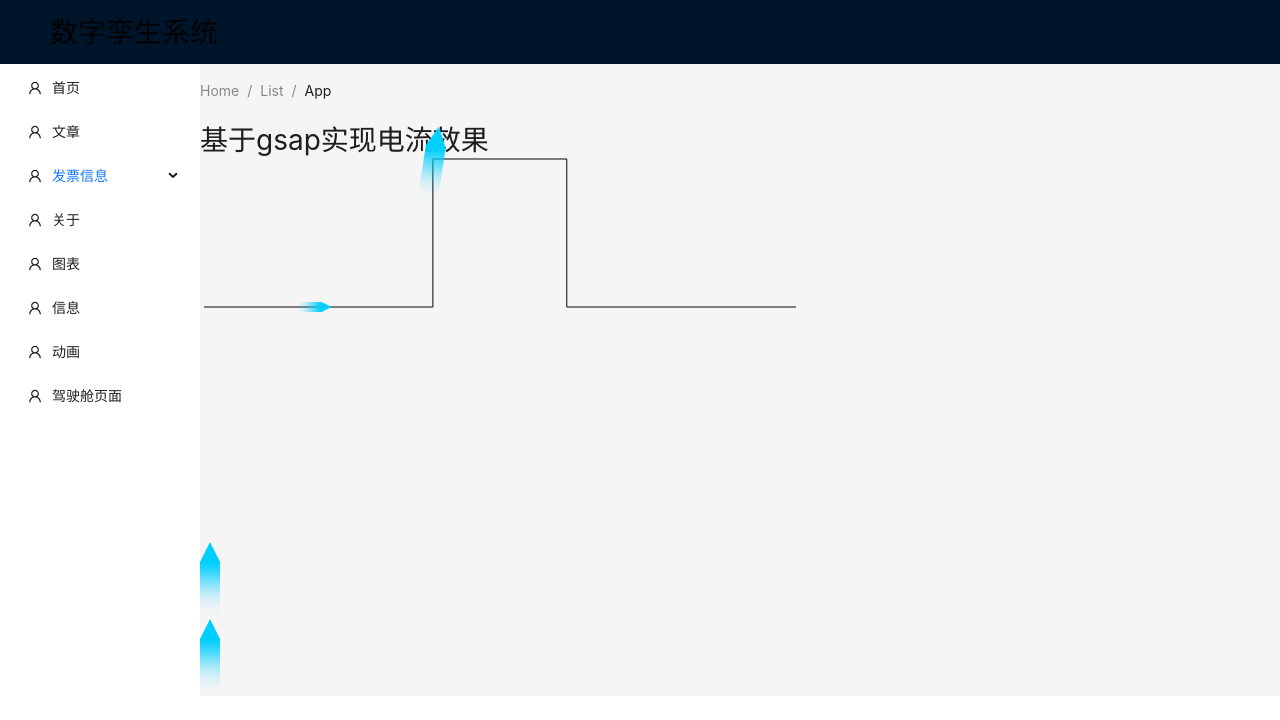
Repository: HailiePan/webpack-react-practice
Page: /animation
An editor plug-in stored every save of this project. The page is shown before and after the next save, followed by the edit.
The browser window is 1280 px wide. The pictures show the whole page.
The project was rebuilt for these pictures with package versions that can differ from the ones it lists, and the page was loaded fresh each time. Also part of the build but not shown: src/pages/Animation/component/ScrollAnimation/index.jsx, src/pages/Home.jsx, src/pages/Invoices/index.jsx, src/pages/Invoices/Invoice.jsx, src/pages/Invoices/Pending.jsx, src/pages/Invoices/Complete.jsx, src/components/CommonBox/index.less, src/components/CommonBox/index.jsx and 27 more.

Above is the page before, as saved 2024-01-24 17:08:40.

After the next save:
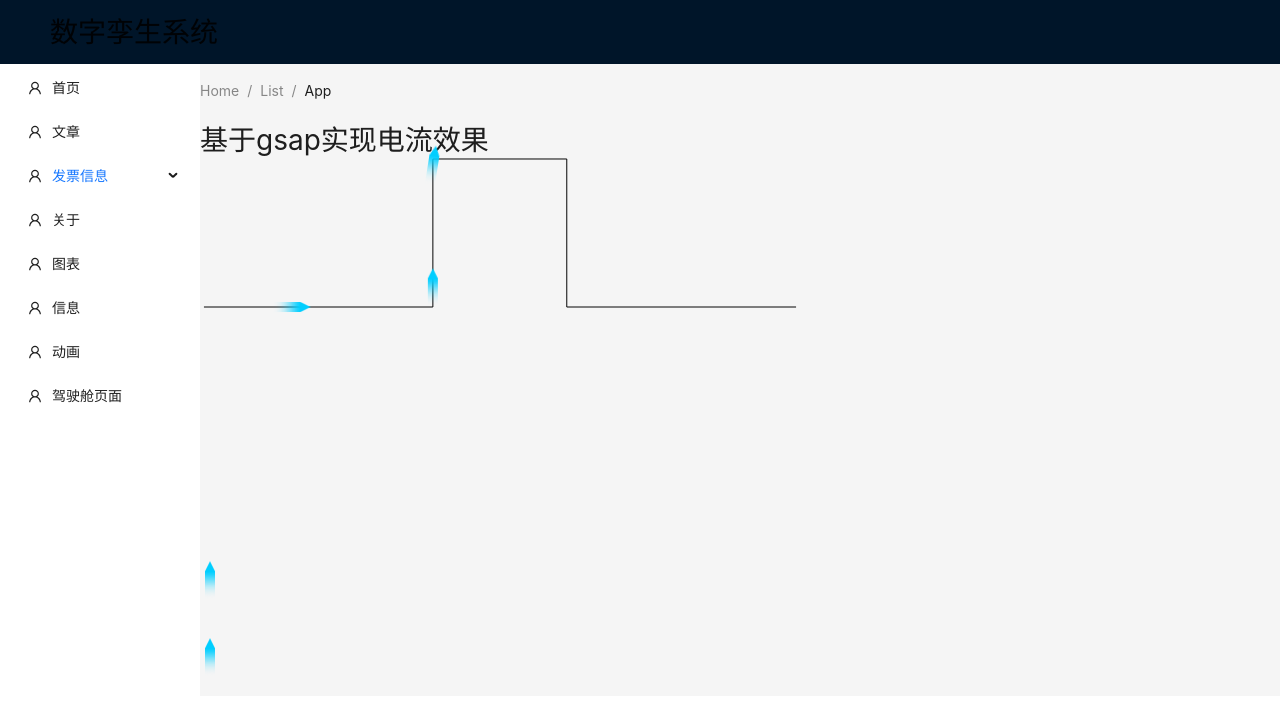
Saved 45 s later.
--- a/src/pages/Animation/component/ImitateElectricity/index.jsx
+++ b/src/pages/Animation/component/ImitateElectricity/index.jsx
@@ -23,8 +23,16 @@ export default function ImitateElectricity() {
 
   useEffect(() => {
     const tl = gsap.timeline({ repeat: -1 });
-    gsap.set([jiantou.current, jiantou2.current], { scale: 0.5, autoAlpha: 1 });
-    gsap.set([jiantou2.current], { opacity: 0 });
+    gsap.set(
+      [jiantou.current, jiantou2.current, jiantou3.current, jiantou4.current, jiantou5.current],
+      { scale: 0.5, opacity: 1 }
+    );
+    // gsap.set([jiantou2.current], { opacity: 0 });
+
+    tl.to([jiantou.current], {
+      duration: 0.1,
+      opacity: 1
+    });
 
     tl.to([jiantou.current], {
       duration: 2,
